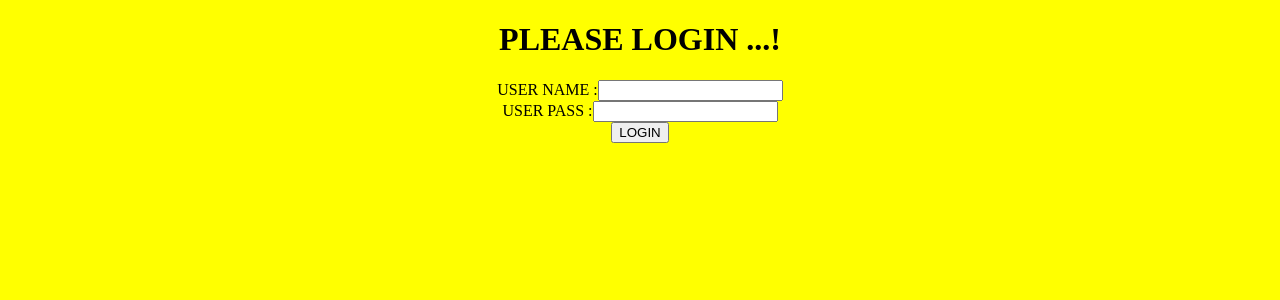
Repository: Thaneshwara848/E-Y
Page: Jdbc-Servlet-Jsp/Webemo5/src/main/webapp/LoginPage.html
An editor plug-in stored every save of this project. The page is shown before and after the next save, followed by the edit.
The browser window is 1280 px wide. The pictures show the whole page.

Above is the page before, as saved 2023-05-22 06:31:33.

### Jdbc-Servlet-Jsp/Webemo5/src/main/webapp/LoginPage.html
<!DOCTYPE html>
<html>
<head>
<meta charset="UTF-8">
<title>Insert title here</title>
</head>
<body bgcolor="yellow">
<div style="text-align: center;">

	<form action="Login" method="POST">
	<h1> PLEASE LOGIN ...!</h1>
		USER NAME :<input type="text" name="uname"><br>
		USER PASS :<input type="password" name="upass"><br>

		<input type="submit" value="LOGIN">
	</form>

</div>

</body>
</html>

After the next save:
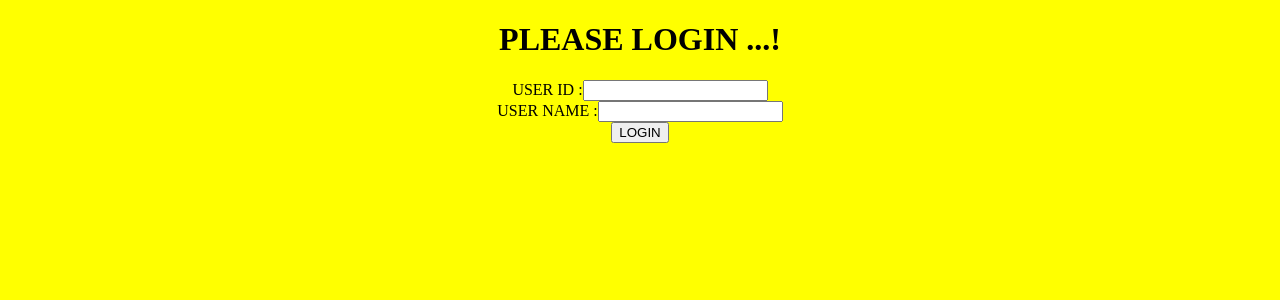
Saved 15 s later.
--- a/Jdbc-Servlet-Jsp/Webemo5/src/main/webapp/LoginPage.html
+++ b/Jdbc-Servlet-Jsp/Webemo5/src/main/webapp/LoginPage.html
@@ -7,10 +7,10 @@
 <body bgcolor="yellow">
 <div style="text-align: center;">
 
-	<form action="Login" method="POST">
+	<form action="Login" method="get">
 	<h1> PLEASE LOGIN ...!</h1>
-		USER NAME :<input type="text" name="uname"><br>
-		USER PASS :<input type="password" name="upass"><br>
+		USER ID :<input type="text" name="uname"><br>
+		USER NAME :<input type="text" name="upass"><br>
 
 		<input type="submit" value="LOGIN">
 	</form>
